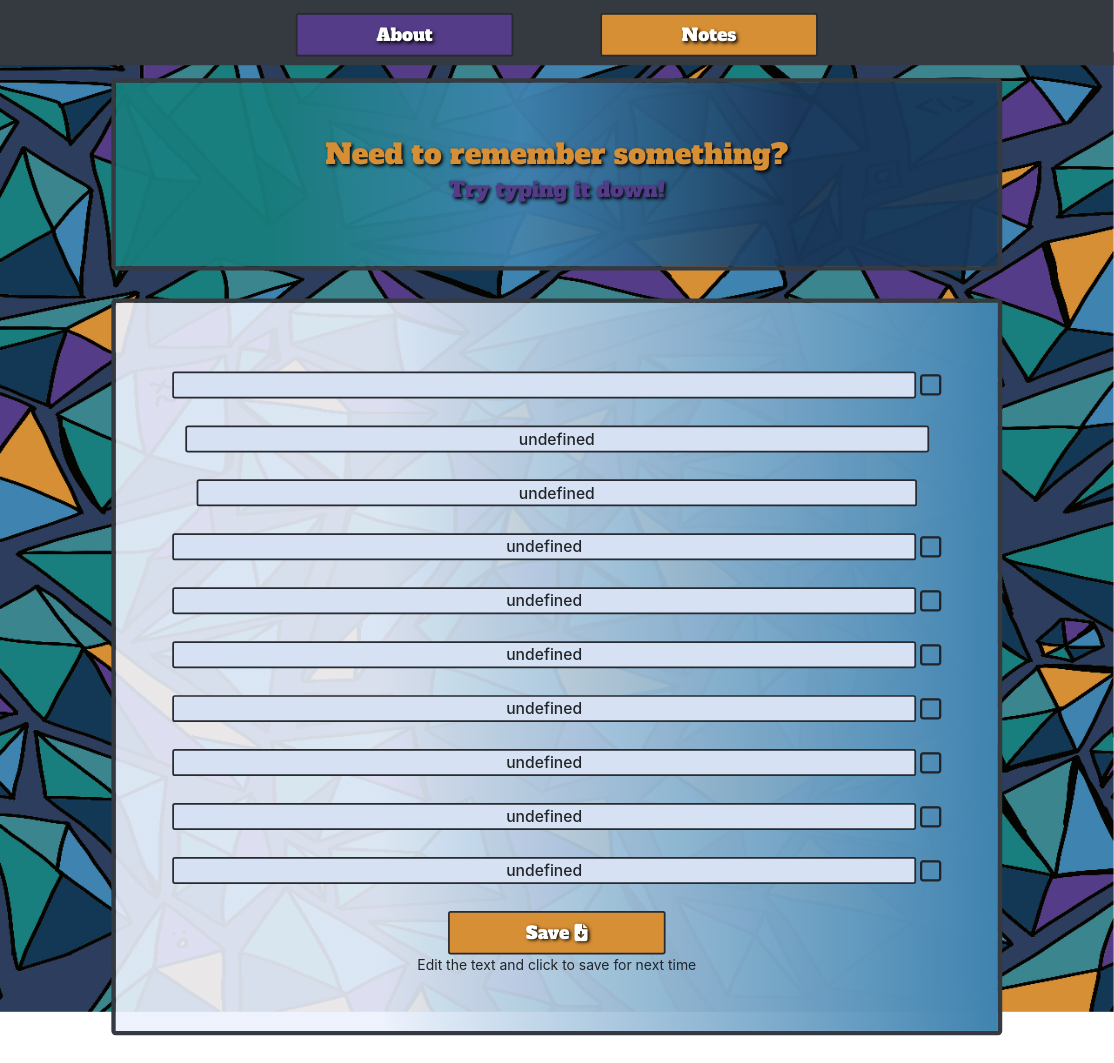
Repository: Kamicoda/Mynote
Page: index.html
The author's editor kept a record of every edit. The page is drawn from the files as they stood at one moment, then again after the next edit.
The browser window is 1280 px wide. The pictures show the whole page, at 87% of full size.
Backgrounds fixed to the window are drawn as part of the page. Some web fonts or font styles are not loaded; a fallback is used. Some web libraries are served in a nearby version.

Above is the page before.

After the next edit:
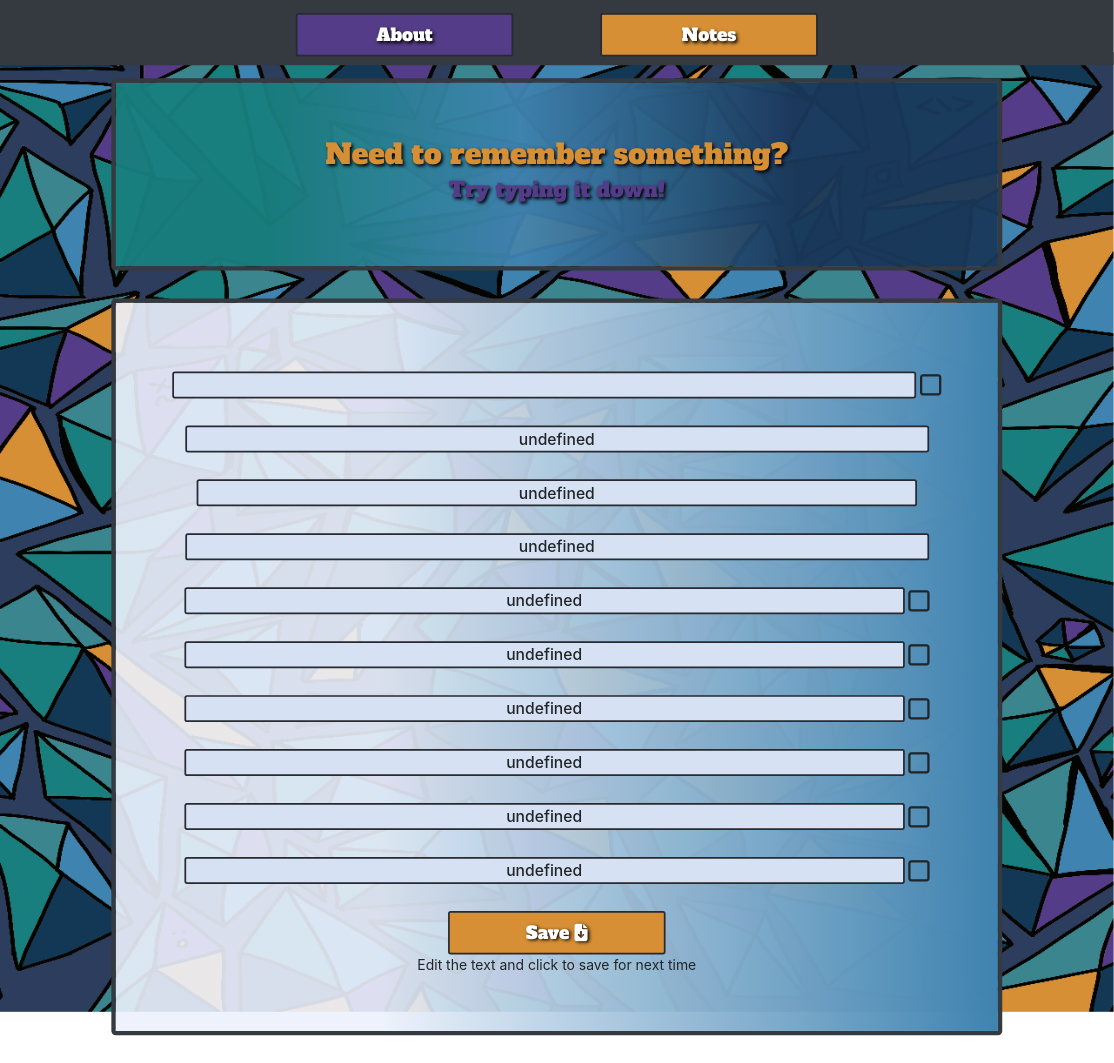
The edit:
--- a/index.html
+++ b/index.html
@@ -115,7 +115,7 @@
                         </div>
 
                         <div class="col-12">
-                            <p id="edit3" contenteditable="true" class="editableP border border-light">Have fun with these!</p>
+                            <p id="edit3" contenteditable="true" class="editableP border border-light" placeholder=">Have fun with these!</p>
                             <div id="checkBox3" class="checkbox">
                                 <i id="fasquare3" class="far fa-square"></i>
                                 <i id="fabox3" class="far fa-check-square"></i>
